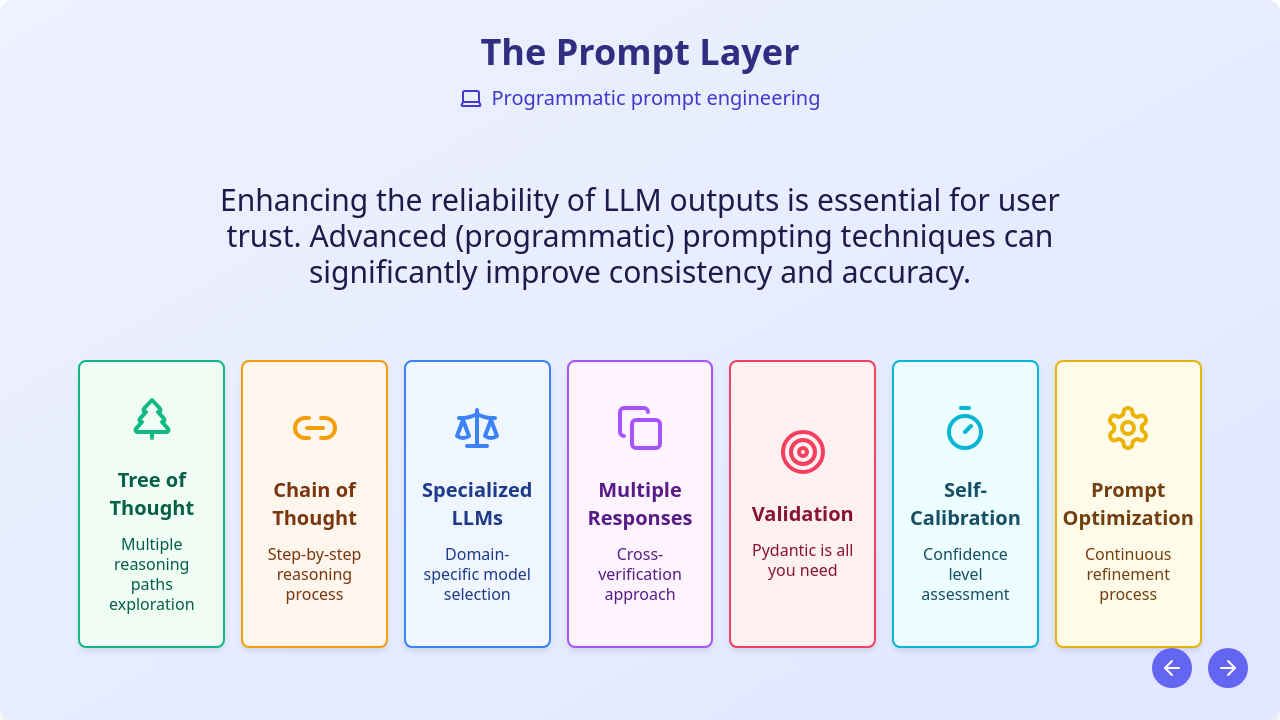
Repository: Galbaz1/dell_presentation
Page: /slide7
These files come from the project's save history. The page is drawn as it stood at one moment and after the next save; the edit follows.
The browser window is 1280 px wide. The pictures show the whole page.
The project was rebuilt for these pictures with package versions that can differ from the ones it lists, and the page was loaded fresh each time. The framework's server and built-in components were replaced by stand-ins that run in the browser. Also part of the build but not shown: styles/animations/slide1.css, styles/animations/slide2.css.

Above is the page before, as saved 2024-11-13 13:09:22.

After the next save:
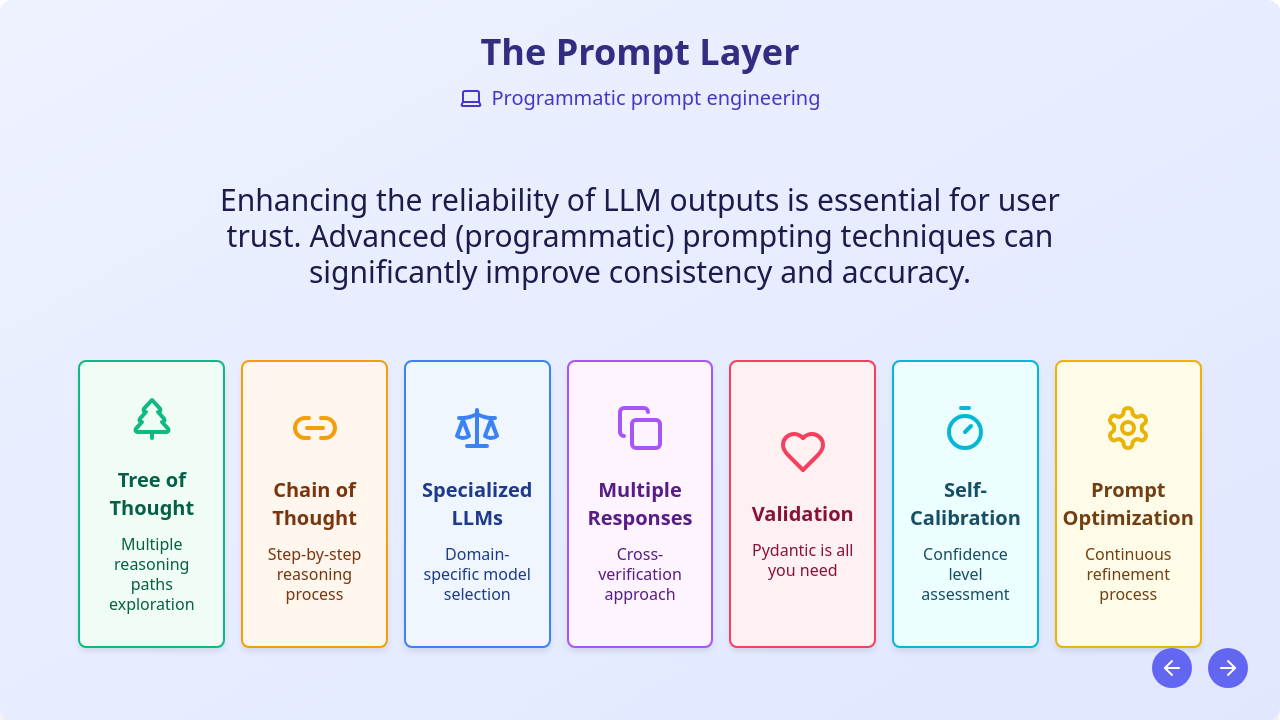
Saved 46 s later.
--- a/pages/slide7.tsx
+++ b/pages/slide7.tsx
@@ -5,7 +5,7 @@ import {
   Brain,
   Scale,
   Copy,
-  Target,
+  Heart,
   Timer,
   Settings,
   TreePine,
@@ -95,7 +95,7 @@ const Slide7: React.FC = () => {
       }
     },
     {
-      icon: <Target className="w-8 h-8" />,
+      icon: <Heart className="w-8 h-8" />,
       title: "Validation",
       description: "Pydantic is all you need",
       color: {
